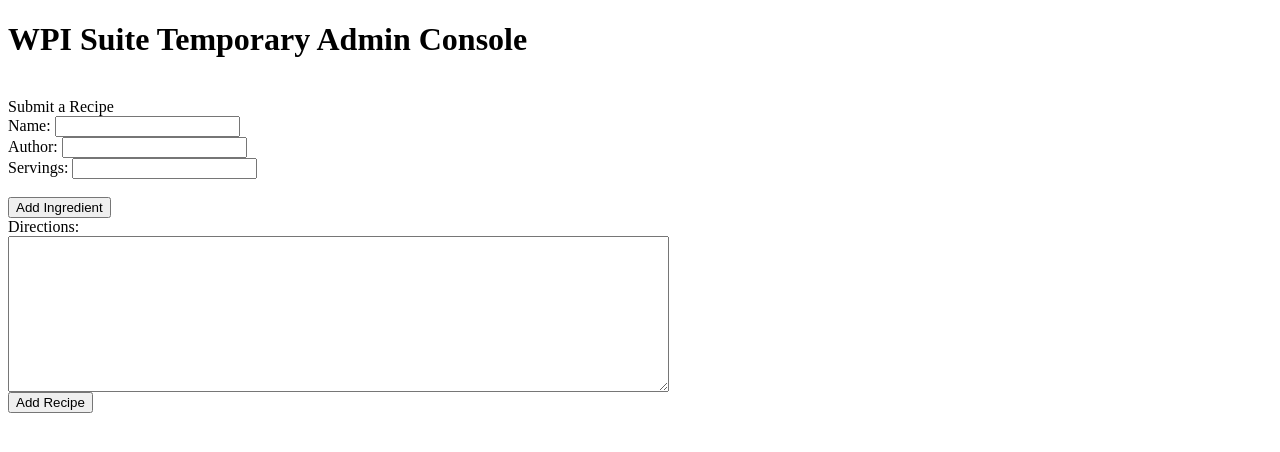
Repository: fracture91/wpi-suite-tng
Page: WPISuite/WebContent/index.html
An editor plug-in stored every save of this project. The page is shown before and after the next save, followed by the edit.
The browser window is 1280 px wide. The pictures show the whole page.

Above is the page before, as saved 2012-09-23 22:40:49.

### WPISuite/WebContent/index.html
<!DOCTYPE html PUBLIC "-//W3C//DTD HTML 4.01 Transitional//EN" "http://www.w3.org/TR/html4/loose.dtd">
<html>
<head>
<meta http-equiv="Content-Type" content="text/html; charset=ISO-8859-1">
<title>WPI Suite Temp Admin Console</title>

<script type="text/javascript">

//uses AJAX to get all the entries in the DB
function getUser(user)
{
	var request = new XMLHttpRequest();
	request.onreadystatechange = function()
	    {
		    if(request.readyState == 4 && request.status == 200)
		    {
		        display(request.responseText)
		    }
	    }
    request.open('GET', "/API/user/"+user, true);
    request.send();
}

//uses AJAX to submit a new recipe to the server in JSON format
function putUser(user)
{
    var request = new XMLHttpRequest();
    request.open('PUT', "/API/user/", true);
    request.send(user);
}
</script>

</head>
<body>
<h1>WPI Suite Temporary Admin Console</h1>
<br />

        <section>
            <header>Submit a Recipe</header>

            <label>Name: </label><input id="name" maxlength="40" /> <br />
            <label>Author: </label><input id="author" maxlength="15" /> <br />
            <label>Servings: </label><input id="servings" maxlength="15" /> <br />
            <span id="ingrediantHolder"></span><br />
            <button onclick="addIngrediant()">Add Ingredient</button><br />
            <label>Directions: </label><br /><textarea id="directions" rows="10" cols="80"></textarea> <br />
            <button onclick="addRecipe()">Add Recipe</button>
            <br>
            <!--<label>Delete ID: </label><input id="deleteID" maxlength="3"/><br />
            <button onclick="deleteRecipe()">Delete recipe</button>-->
            <div id="display"></div>

        </section>

</body>
</html>

After the next save:
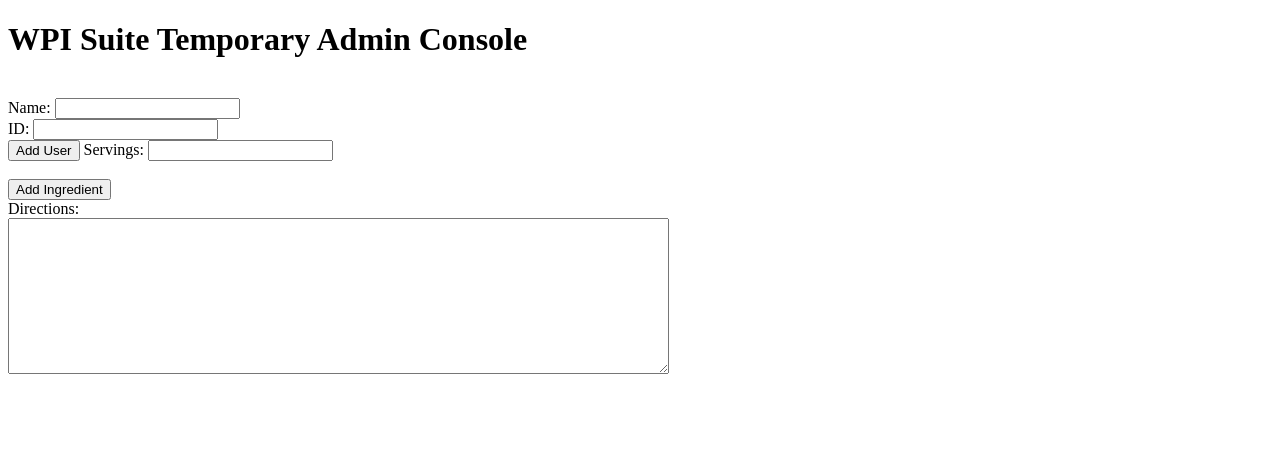
Saved 77 s later.
--- a/WPISuite/WebContent/index.html
+++ b/WPISuite/WebContent/index.html
@@ -36,18 +36,15 @@
 <br />
 
         <section>
-            <header>Submit a Recipe</header>
+            <label>Name: </label><input id="name" maxlength="40" /> <br />
+            <label>ID: </label><input id="author" maxlength="15" /> <br />
+            <button onclick="addUser()">Add User</button>
 
-            <label>Name: </label><input id="name" maxlength="40" /> <br />
-            <label>Author: </label><input id="author" maxlength="15" /> <br />
             <label>Servings: </label><input id="servings" maxlength="15" /> <br />
             <span id="ingrediantHolder"></span><br />
             <button onclick="addIngrediant()">Add Ingredient</button><br />
             <label>Directions: </label><br /><textarea id="directions" rows="10" cols="80"></textarea> <br />
-            <button onclick="addRecipe()">Add Recipe</button>
-            <br>
-            <!--<label>Delete ID: </label><input id="deleteID" maxlength="3"/><br />
-            <button onclick="deleteRecipe()">Delete recipe</button>-->
+
             <div id="display"></div>
 
         </section>
